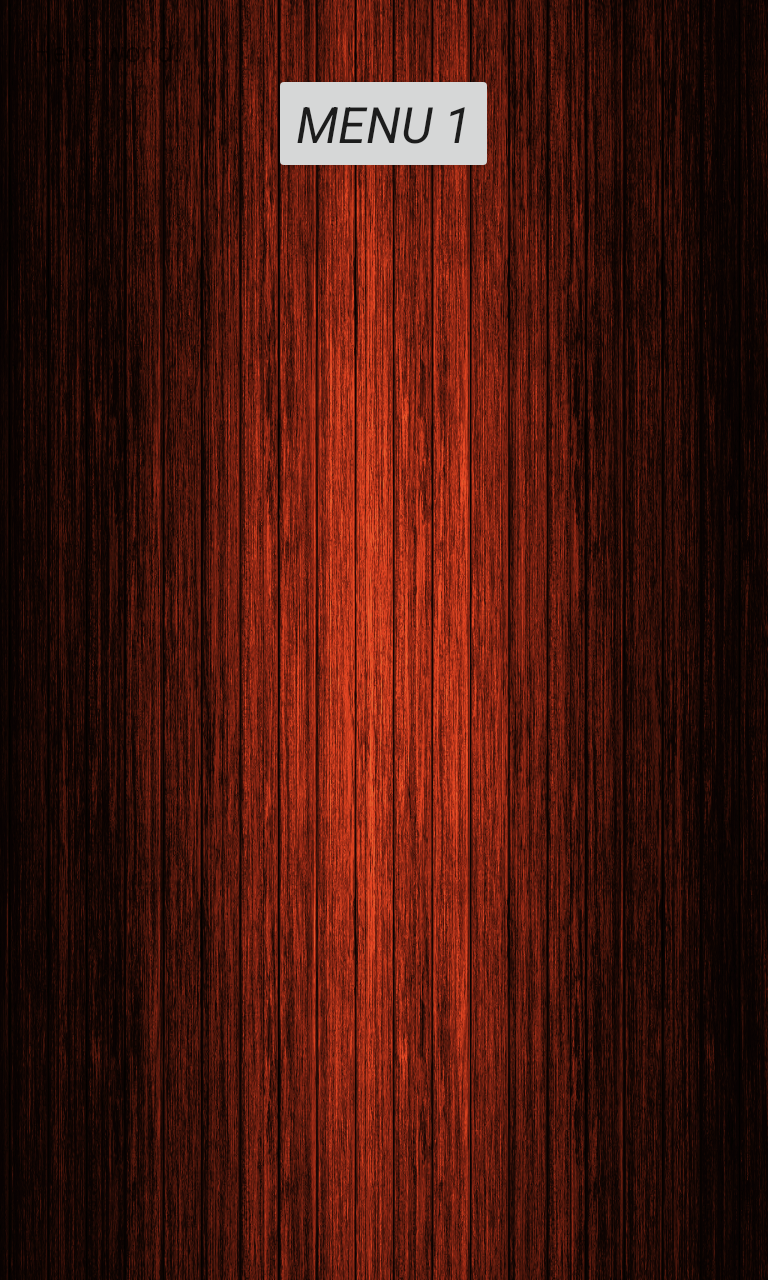
Repository: Hedlundaren/androidmenu
Layout: startmenu/res/layout/activity_main.xml
These files come from the project's save history. The layout is drawn as it stood at one moment and after the next save; the edit follows.
It is drawn on a 768 x 1280 px phone screen (xhdpi) without system bars, with theme AppTheme; the app's code is not run.

Above is the layout before, as saved 2014-11-05 17:19:06.

### startmenu/res/layout/activity_main.xml
<RelativeLayout xmlns:android="http://schemas.android.com/apk/res/android"
    xmlns:tools="http://schemas.android.com/tools"
    android:layout_width="match_parent"
    android:layout_height="match_parent"
    android:background="@drawable/redwall"
    android:paddingBottom="@dimen/activity_vertical_margin"
    android:paddingLeft="@dimen/activity_horizontal_margin"
    android:paddingRight="@dimen/activity_horizontal_margin"
    android:paddingTop="@dimen/activity_vertical_margin"
    tools:context="com.example.startmenu.MainActivity" >

    <TextView
        android:id="@+id/textView1"
        android:layout_width="wrap_content"
        android:layout_height="wrap_content"
        android:text="@string/hello_world" />

    <Button
        android:id="@+id/button1"
        android:layout_width="wrap_content"
        android:layout_height="wrap_content"
        android:layout_below="@+id/textView1"
        android:layout_centerHorizontal="true"
        android:text="MENU 1"
        android:textSize="25dp"
        android:textStyle="italic"
        android:typeface="sans" />

</RelativeLayout>

### startmenu/res/values/strings.xml
<?xml version="1.0" encoding="utf-8"?>
<resources>

    <string name="app_name">startmenu</string>
    <string name="hello_world">Hello world!</string>
    <string name="action_settings">Settings</string>

</resources>

Loaded but not shown: startmenu/res/values/styles.xml (common file); startmenu/res/values-v11/styles.xml (common file); startmenu/res/values-v14/styles.xml (common file); startmenu/res/values/dimens.xml (common file); startmenu/res/values-w820dp/dimens.xml (common file)

After the next save:
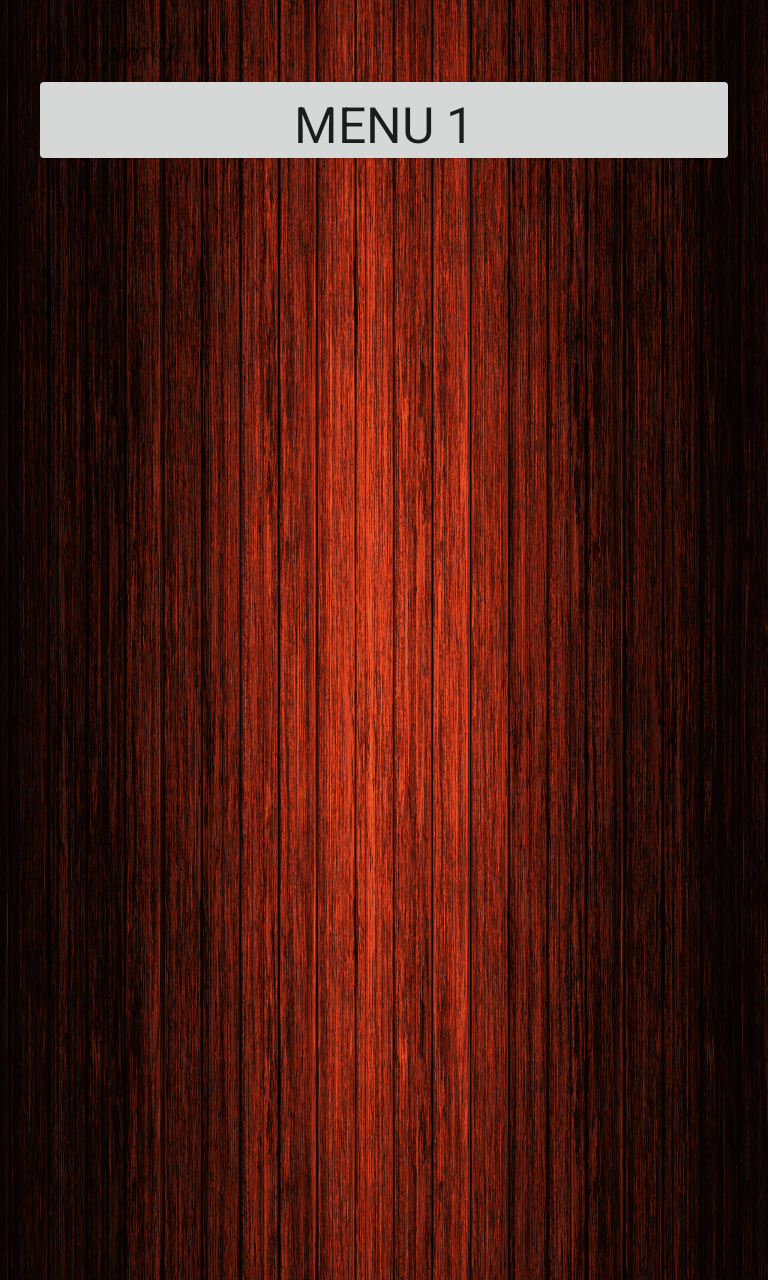
Saved 50 s later.
--- a/startmenu/res/layout/activity_main.xml
+++ b/startmenu/res/layout/activity_main.xml
@@ -18,12 +18,12 @@
     <Button
         android:id="@+id/button1"
         android:layout_width="wrap_content"
-        android:layout_height="wrap_content"
+        android:layout_height="50dp"
+        android:layout_alignLeft="@+id/textView1"
+        android:layout_alignParentRight="true"
         android:layout_below="@+id/textView1"
-        android:layout_centerHorizontal="true"
         android:text="MENU 1"
         android:textSize="25dp"
-        android:textStyle="italic"
         android:typeface="sans" />
 
 </RelativeLayout>
